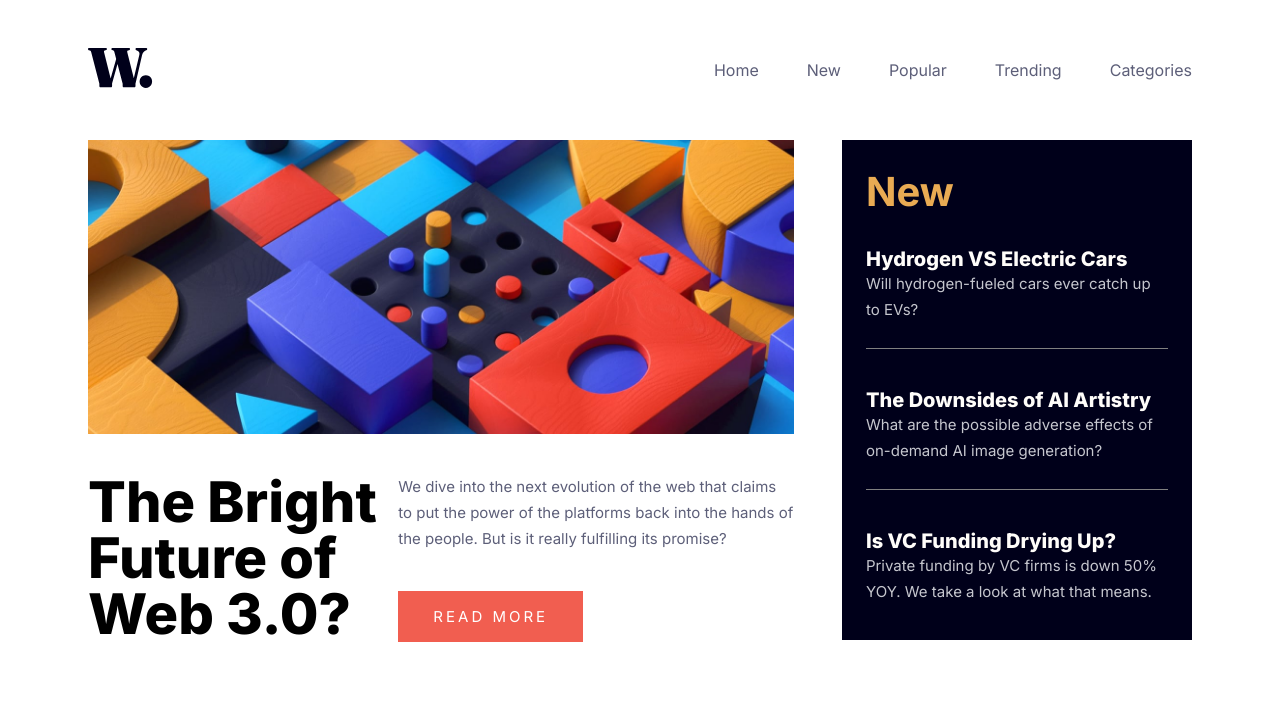
Repository: DevAntonioRogers/FrontendMentor-News-Homepage
Page: index.html
These files come from the project's save history. The page is drawn as it stood at one moment and after the next save; the edit follows.
The browser window is 1280 px wide. The pictures show the whole page.

Above is the page before, as saved 2023-04-21 13:06:46.

After the next save:
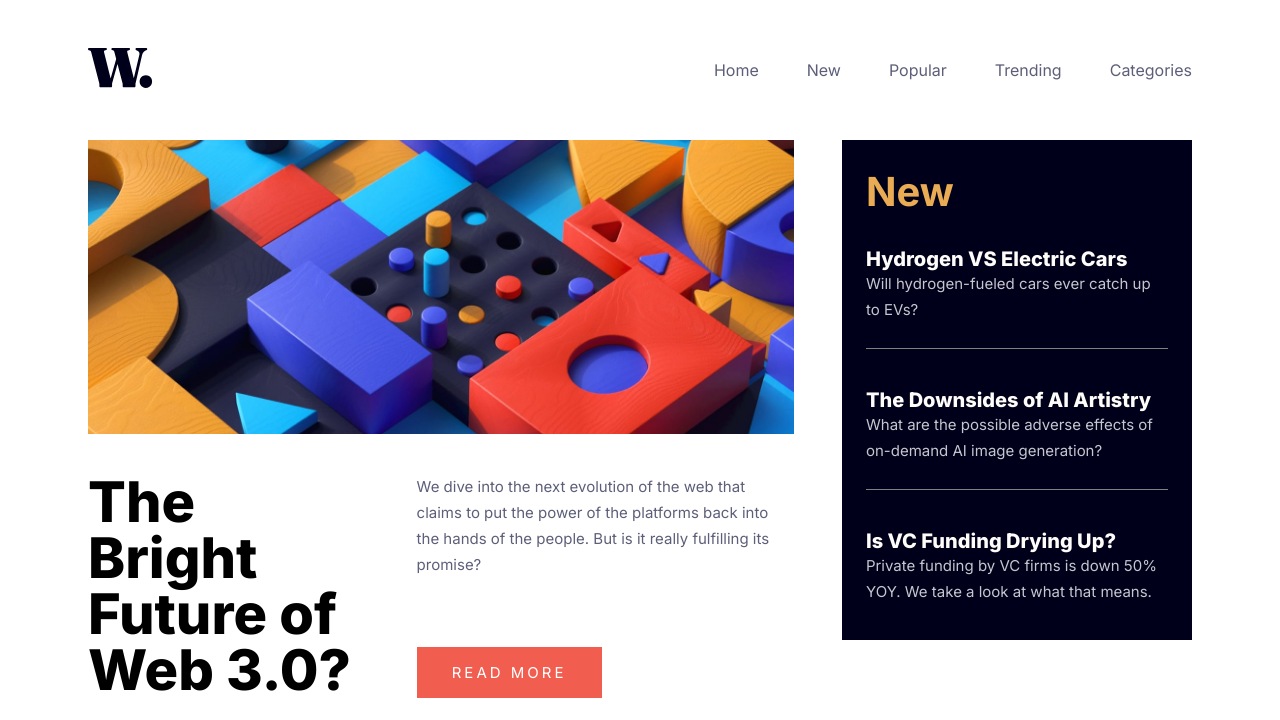
Saved 6 s later.
--- a/styles.css
+++ b/styles.css
@@ -70,7 +70,7 @@ nav{
 .hero-article{
   display: flex;
   margin-top: 2.5rem;
-  gap: 1rem;
+  gap: 3rem;
 }
 
 .hero-article h1{
